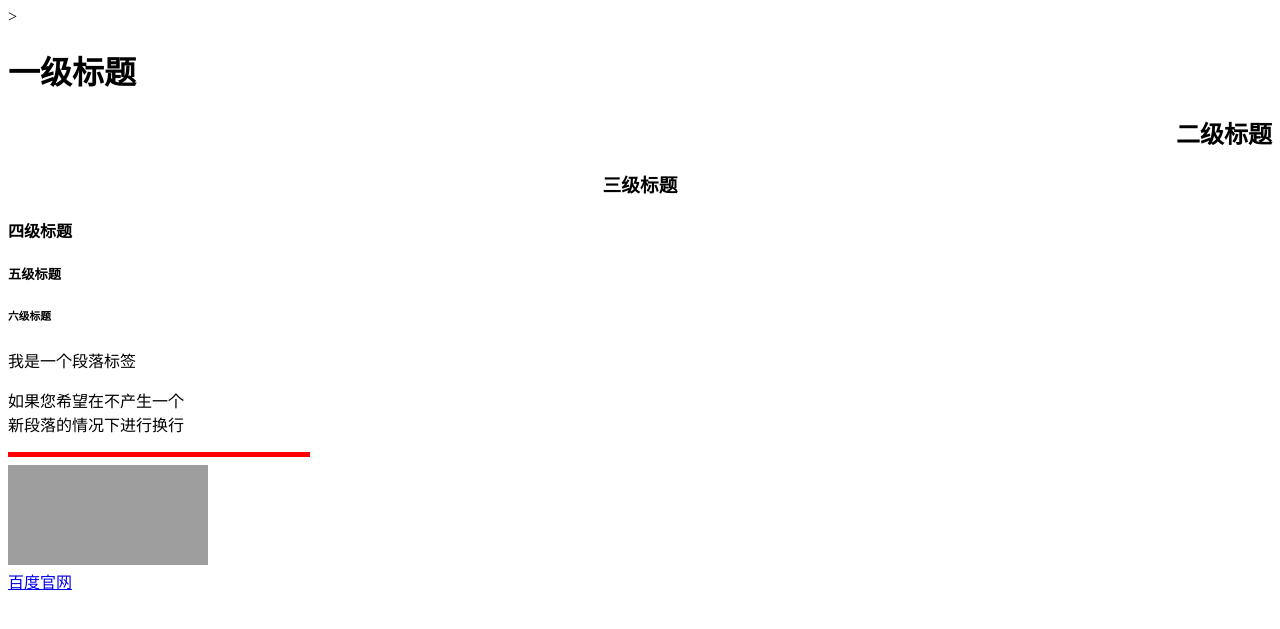
Repository: yuanliumaker/html-css-js
Page: hello.html
The author's editor kept a copy of each file at every save. The page is drawn from the files as they stood at one save, then again after the next save.
The browser window is 1280 px wide. The pictures show the whole page.
Pictures or frames that could not be fetched are drawn as grey boxes.

Above is the page before, as saved 2025-08-28 19:36:34.

After the next save:
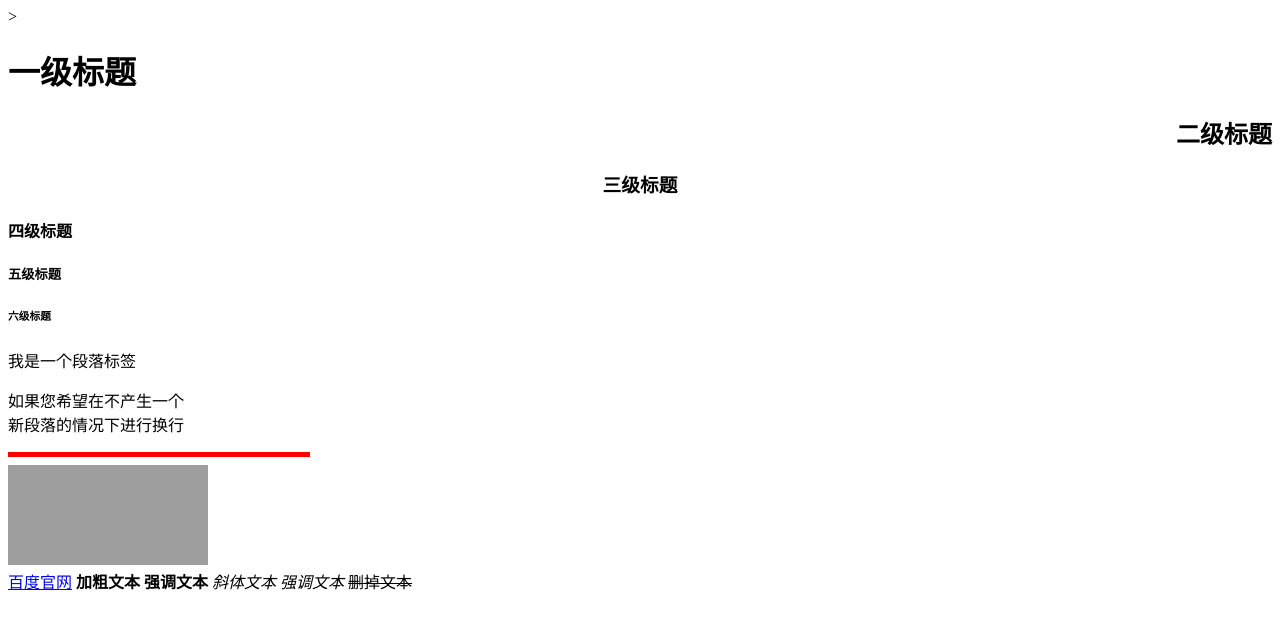
Saved 10 min 40 s later.
--- a/hello.html
+++ b/hello.html
@@ -26,5 +26,11 @@
     使用标签<a>来设置超文本链接 href属性表示链接的地址-->
     <a href="https://www.baidu.com">百度官网</a>
 
+    <!--文本-->
+        <b>加粗文本</b>
+        <strong>强调文本</strong>
+        <i>斜体文本</i>
+        <em>强调文本</em>
+        <del>删掉文本</del>
 </body>
 </html>
